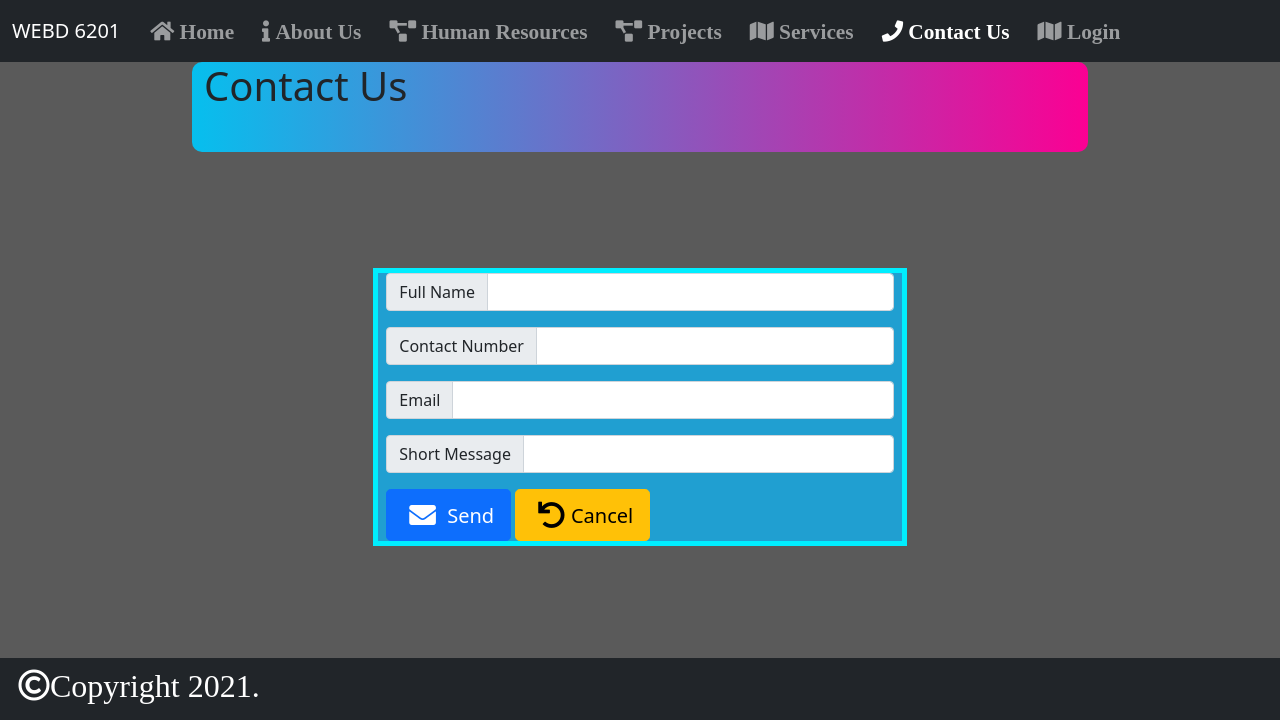
Repository: vans12345678/WEBD6201-W2021-Lab2
Page: contact.html
The author's editor kept a copy of each file at every save. The page is drawn from the files as they stood at one save, then again after the next save.
The browser window is 1280 px wide. The pictures show the whole page.

Above is the page before, as saved 2021-02-25 21:08:50.

After the next save:
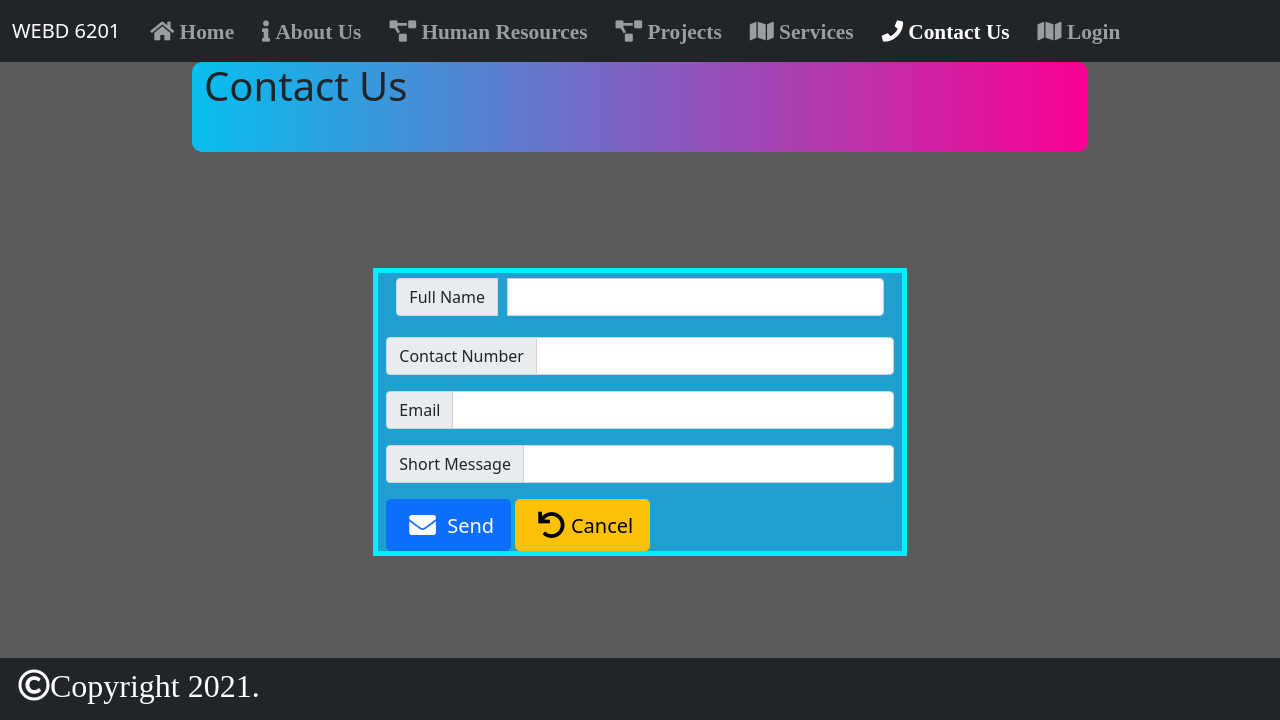
Saved 6 s later.
--- a/contact.html
+++ b/contact.html
@@ -57,8 +57,8 @@
           <form id = "contactForm" class = "col-col-lg-6 col-md-5 col-sm-10 formBackground">
             <div class="warnMessage alert" id="messageArea"></div>
             <div class="input-group mb-3">
-              <span class="input-group-text " id="inputGroup-sizing-default">Full Name</span>
-              <input id = "fullName" type="text" class="form-control " aria-label="Full Name" aria-describedby="Full Name Input"
+              <span class="input-group-text inputMargin" id="inputGroup-sizing-default">Full Name</span>
+              <input id = "fullName" type="text" class="form-control inputMargin" aria-label="Full Name" aria-describedby="Full Name Input"
               name = "fullName" required>
             </div>
             <div class="input-group mb-3">

After the 2 saves that followed:
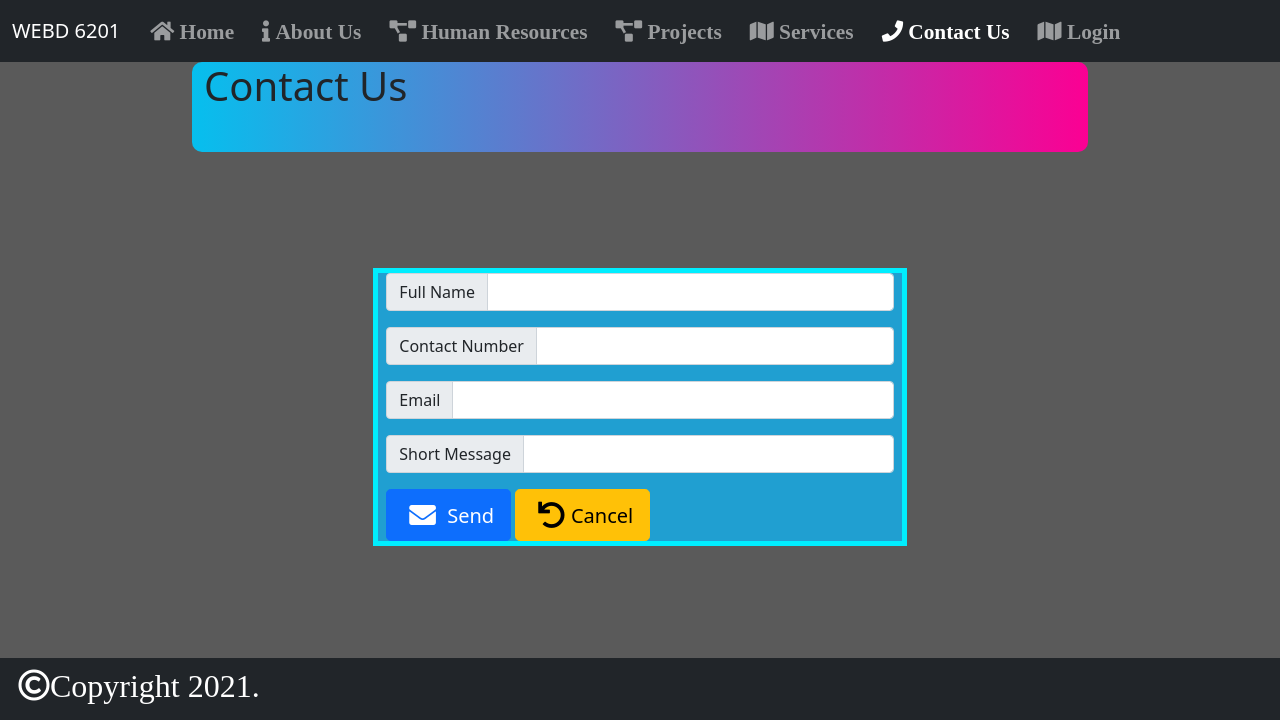
The 2 saves are shown as one change because they came seconds apart.
The last was saved 9 s later.
--- a/contact.html
+++ b/contact.html
@@ -57,8 +57,8 @@
           <form id = "contactForm" class = "col-col-lg-6 col-md-5 col-sm-10 formBackground">
             <div class="warnMessage alert" id="messageArea"></div>
             <div class="input-group mb-3">
-              <span class="input-group-text inputMargin" id="inputGroup-sizing-default">Full Name</span>
-              <input id = "fullName" type="text" class="form-control inputMargin" aria-label="Full Name" aria-describedby="Full Name Input"
+              <span class="input-group-text " id="inputGroup-sizing-default">Full Name</span>
+              <input id = "fullName" type="text" class="form-control " aria-label="Full Name" aria-describedby="Full Name Input"
               name = "fullName" required>
             </div>
             <div class="input-group mb-3">
